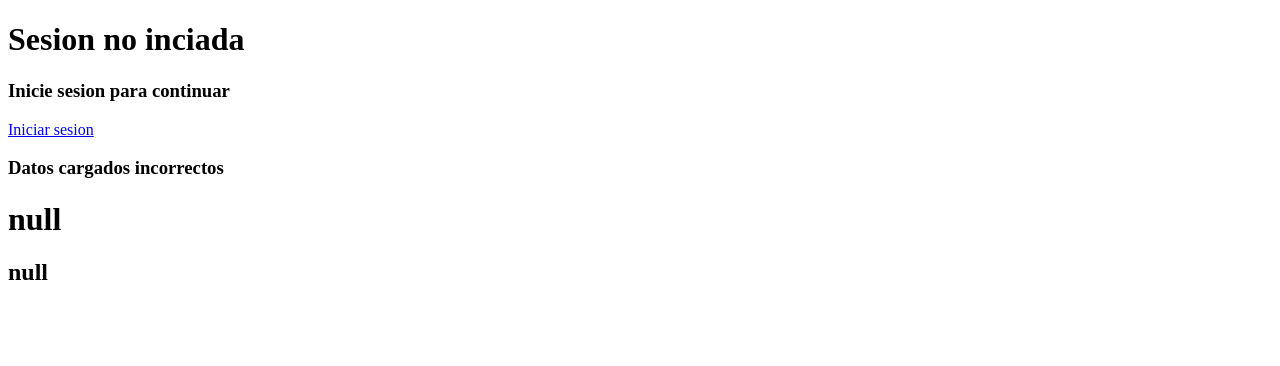
Repository: maxigarrett/2doAnio2doCuatrimestre
Page: http://localhost/primeraWeb1/ManejoSesiones/cargaDatos.jsp
An editor plug-in stored every save of this project. The page is shown before and after the next save, followed by the edit.
The browser window is 1280 px wide. The pictures show the whole page.
The page is served by Tomcat 9.

Above is the page before, as saved 2020-11-07 18:13:20.

After the next save:
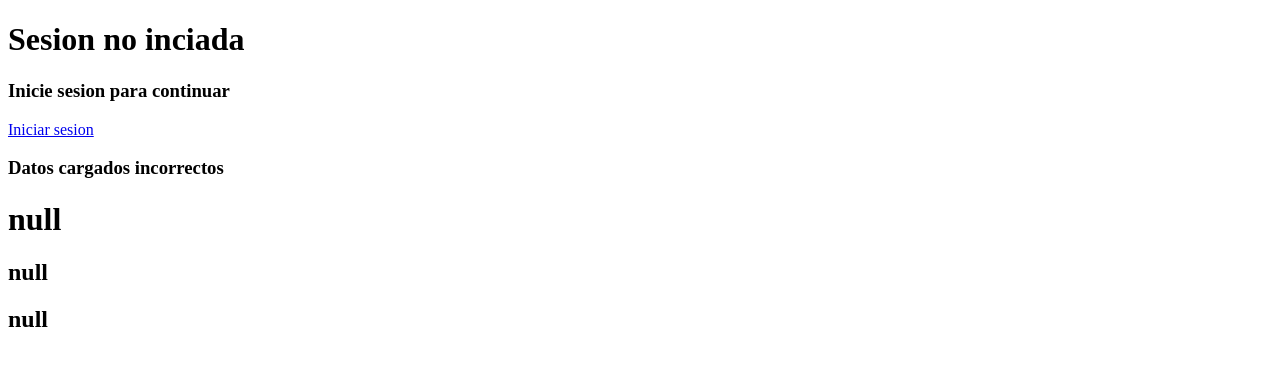
Saved 105 s later.
--- a/tec java eclipse/primeraWeb1/WebContent/ManejoSesiones/cargaDatos.jsp
+++ b/tec java eclipse/primeraWeb1/WebContent/ManejoSesiones/cargaDatos.jsp
@@ -48,9 +48,11 @@
 
 		String pc=(String) session.getAttribute("pcgamer");
 		String estandarpc=(String) session.getAttribute("pcestandar");
+		String pclinux=(String) session.getAttribute("pclinux");
 
 		out.print("<h1>"+ pc +"</h1>");
 		out.print("<h2>"+ estandarpc +"</h2>");
+		out.print("<h2>"+ pclinux +"</h2>");
 
 	%>
 
